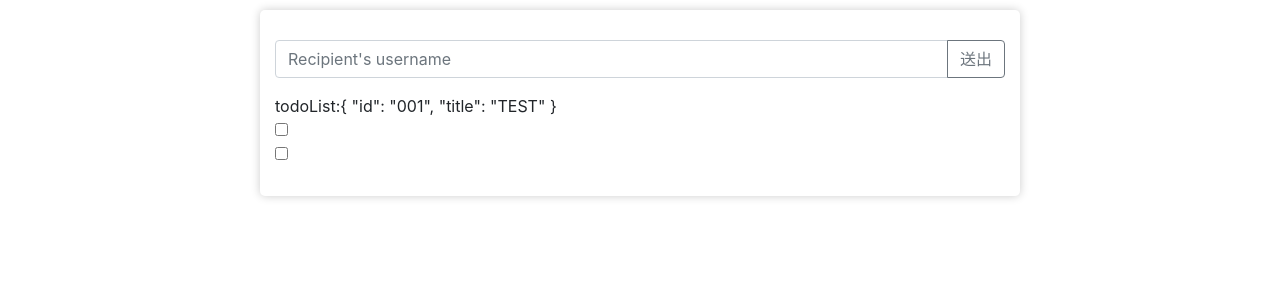
Repository: iian0910/vue3_todoList
Page: /
The author's editor kept a copy of each file at every save. The page is drawn from the files as they stood at one save, then again after the next save.
The browser window is 1280 px wide. The pictures show the whole page.
The project was rebuilt for these pictures with package versions that can differ from the ones it lists, and the page was loaded fresh each time.

Above is the page before, as saved 2021-02-23 15:44:04.

After the next save:
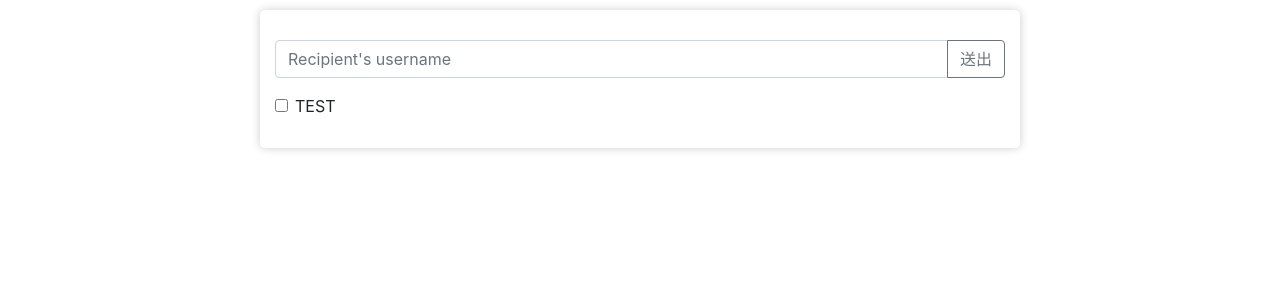
Saved 7 min 38 s later.
--- a/src/components/TodoList.vue
+++ b/src/components/TodoList.vue
@@ -8,18 +8,17 @@
             type="text"
             class="form-control"
             placeholder="Recipient's username"
-            v-model="todoTitle">
+            v-model="newTodo">
           <div class="input-group-append">
             <button
               class="btn btn-outline-secondary"
               type="button"
-              @click="addTodo()">送出</button>
+              @click="addTodo">送出</button>
           </div>
         </div>
         <!---->
 
         <!-- List 展示 -->
-        todoList:{{todoList}}
         <ul class="list">
           <li class="list-item" v-for="item in todoList" :key="item.id">
             <div class="form-check">
@@ -34,7 +33,7 @@
   </div>
 </template>
 <script lang="ts">
-import { defineComponent, reactive } from 'vue'
+import { defineComponent, reactive, ref } from 'vue'
 
 interface Todo {
   // eslint-disable-next-line @typescript-eslint/member-delimiter-style
@@ -46,10 +45,20 @@ interface Todo {
 export default defineComponent({
   name: 'TodoList',
   setup () {
-    const todoList = reactive<Todo>({
+    const newTodo = ref('')
+    const todoList = [{
       id: '001',
       title: 'TEST'
-    })
+    }]
+
+    function addTodo () {
+      if (newTodo.value) {
+        todoList.push({
+          id: '001',
+          title: newTodo.value
+        })
+      }
+    }
 
     return {
       todoList
